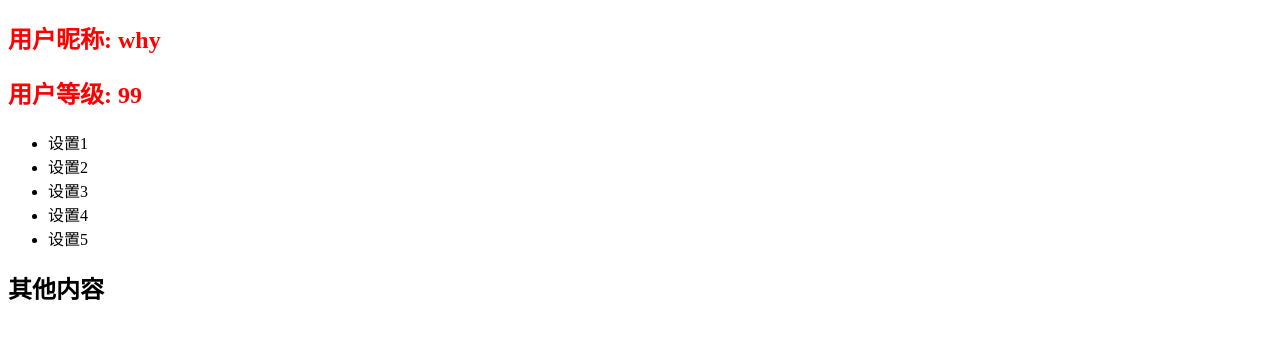
Repository: Hminister/learnReact
Page: /
The author's editor kept a copy of each file at every save. The page is drawn from the files as they stood at one save, then again after the next save.
The browser window is 1280 px wide. The pictures show the whole page.
The project was rebuilt for these pictures with package versions that can differ from the ones it lists, and the page was loaded fresh each time. Also part of the build but not shown: src/tabcontrl.css.

Above is the page before, as saved 2020-08-20 18:09:34.

### public/index.html
<!DOCTYPE html>
<html lang="en">

<head>
    <meta charset="utf-8" />
    <link rel="icon" href="%PUBLIC_URL%/favicon.ico" />
    <meta name="viewport" content="width=device-width, initial-scale=1" />
    <meta name="theme-color" content="#000000" />
    <meta name="description" content="Web site created using create-react-app" />
    <!--
      manifest.json provides metadata used when your web app is installed on a
      user's mobile device or desktop. See https://developers.google.com/web/fundamentals/web-app-manifest/
    -->
    <!--
      Notice the use of %PUBLIC_URL% in the tags above.
      It will be replaced with the URL of the `public` folder during the build.
      Only files inside the `public` folder can be referenced from the HTML.

      Unlike "/favicon.ico" or "favicon.ico", "%PUBLIC_URL%/favicon.ico" will
      work correctly both with client-side routing and a non-root public URL.
      Learn how to configure a non-root public URL by running `npm run build`.
    -->
    <title>React App</title>
</head>

<body>
    <noscript>You need to enable JavaScript to run this app.</noscript>
    <div id="root"></div>
    <!--
      This HTML file is a template.
      If you open it directly in the browser, you will see an empty page.

      You can add webfonts, meta tags, or analytics to this file.
      The build step will place the bundled scripts into the <body> tag.

      To begin the development, run `npm start` or `yarn start`.
      To create a production bundle, use `npm run build` or `yarn build`.
    -->
</body>

</html>

### src/index.js
import React from 'react'

import ReactDOM from 'react-dom'

import App from './app'

import './tabcontrl.css'

ReactDOM.render(<App />, document.getElementById('root'))

### src/app.js
import React, { Component } from 'react';

const UserContext = React.createContext({ nickname: "默认", level: -1 })
const ThemeContext = React.createContext({ color: "black" });
// class ProfileHeader extends Component {
//     render () {
//         return (
//             <div>
//                 <h2>用户昵称: {this.context.nickname}</h2>
//                 <h2>用户等级: {this.context.level}</h2>
//             </div>
//         )
//     }
// }

function ProfileHeader (props) {

    return (
        <div>
            <UserContext.Consumer>
                {
                    (value) => {
                        return (<ThemeContext.Consumer>
                            {(theme) => {
                                return (
                                    <div>
                                        <h2 style={theme}>用户昵称: {value.nickname}</h2>
                                        <h2 style={theme}>用户等级: {value.level}</h2>
                                    </div>
                                )
                            }}
                        </ThemeContext.Consumer>)
                    }
                }
            </UserContext.Consumer>

        </div>

    )
}
ProfileHeader.contextType = UserContext;

class Profile extends Component {
    render () {
        return (
            <div>
                <ProfileHeader />
                <ul>
                    <li>设置1</li>
                    <li>设置2</li>
                    <li>设置3</li>
                    <li>设置4</li>
                    <li>设置5</li>
                </ul>
            </div>
        )
    }
}

export default class App extends Component {
    render () {
        return (
            <div>
                <UserContext.Provider value={{ nickname: "why", level: 99 }}>
                    <ThemeContext.Provider value={{ color: 'red' }}>
                        <Profile />
                    </ThemeContext.Provider>
                </UserContext.Provider>
                <h2>其他内容</h2>
            </div>
        )
    }
}

After the next save:
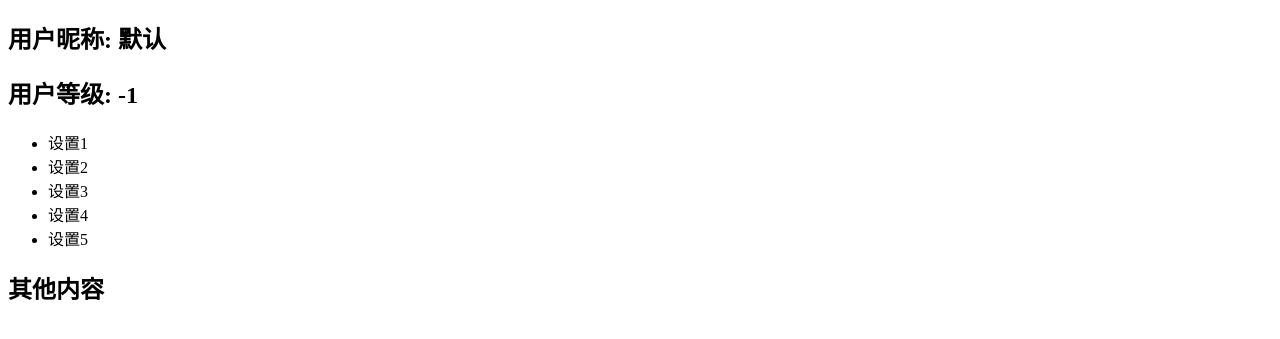
Saved 59 s later.
--- a/src/app.js
+++ b/src/app.js
@@ -61,9 +61,10 @@ export default class App extends Component {
     render () {
         return (
             <div>
+                <Profile />
+
                 <UserContext.Provider value={{ nickname: "why", level: 99 }}>
                     <ThemeContext.Provider value={{ color: 'red' }}>
-                        <Profile />
                     </ThemeContext.Provider>
                 </UserContext.Provider>
                 <h2>其他内容</h2>
